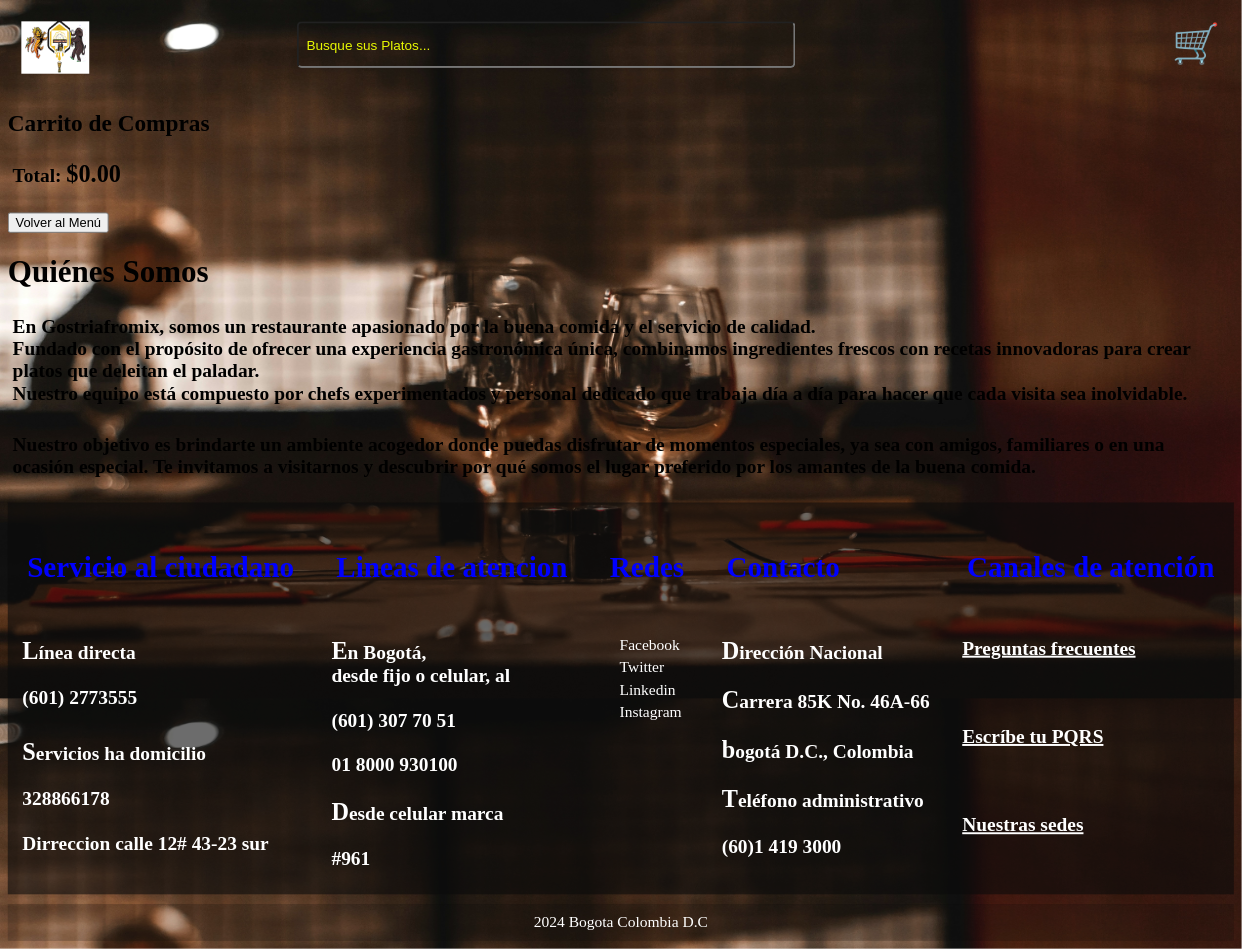
Repository: ye909/app_restaurante
Page: index.html
These files come from the project's save history. The page is drawn as it stood at one moment and after a run of saves; the edit follows.
The browser window is 1280 px wide. The pictures show the whole page, at 97% of full size.
Backgrounds fixed to the window are drawn as part of the page.

Above is the page before, as saved 2025-01-11 18:47:29.
Console error: TypeError: Cannot read properties of null (reading 'addEventListener')

### index.html
<!-- <!DOCTYPE html>

<html lang="en">
<head>
  <meta charset="UTF-8">
  <meta name="viewport" content="width=device-width, initial-scale=1.0">
  <title>Restaurante</title>
  <link rel="stylesheet" href="./css/style.css">
  <link rel="stylesheet" href="./css/heder.css">
  <link rel="stylesheet" href="./css/opcion_menu.css">
  <link rel="stylesheet" href="./css/modal_card.css">
</head>
<body>




  <h1 class="bienvenida" id="bienvenida">BIENVENIDOS/A</h1>
  <nav>
    <ul>
      <li id="menu-btn"> Menu</li>
      <li></li>
      </li>
      <li><a href="./public/templeis/domicilio.html" target="_blank">Domicilio</a></li>
      <li><a href="./public/templeis/reserva.html" target="_blank">Reserva</a></li>
      <li><a href="#contacto">Contacto</a></li>
      <li><a href="./public/templeis/login.html" target="_blank">Inicio</a></li>
      <li><a href="#somos">Quiénes Somos</a></li>
      <li><a href="./public/templeis/registro.html" target="_blank">Registro</a> </li>
    </ul>
  </nav>

  <main id="menu-view" class="menu-view">
    <div class="filter-buttons">
      <button class="filter" data-region="Todos">Todos</button>
      <button class="filter" data-region="Latinoamérica">Latinoamérica</button>
      <button class="filter" data-region="Centroamérica">Centroamérica</button>
      <button class="filter" data-region="Suramérica">Suramérica</button>
    </div>
    <div id="menu-items" class="menu-items"></div>
    <div><h1>aaas</h1></div>
    <audio id="clickSound" src="./public/audio/mouse_btn3.mp3"></audio>
  </main>






</body>
</html> -->
<!DOCTYPE html>
<html lang="en">
<head>
  <meta charset="UTF-8">
  <meta name="viewport" content="width=device-width, initial-scale=1.0">
  <title>Document</title>
  <link rel="stylesheet" href="/css/menu_principal.css">
  <link rel="stylesheet" href="/css/footer.css">
  <link rel="stylesheet" href="/css/heder.css">
</head>
<body>
  <header>
    <div class="container_header_card">
      <div class="imagen"><img src="/public/imagen/login.gif" alt=""></div>

      <input type="text" id="buscar" class="buscar" placeholder="Busque sus Platos...">
      <ul id="productList" class="productList"></ul>

      <div id="cart-btn" class="shopping">🛒</div>

  </header>




  <main id="cart-view"  class="cart-view">
    <h2>Carrito de Compras</h2>

    <div id="cart-items" class="cart-items"></div>
    <div class="cart-total">
      <p>Total: <span id="cart-total">$0.00</span></p>
      <button id="back-to-menu">Volver al Menú</button>
    </div>
  </main>


  <div class="container quienes-somos" id="somos">
    <h1>Quiénes Somos</h1>
    <p>En <strong>Gostriafromix</strong>, somos un restaurante apasionado por la buena comida y el servicio de calidad.
      <br>
      Fundado con el propósito de ofrecer una experiencia gastronómica única, combinamos ingredientes frescos con
      recetas innovadoras para crear platos que deleitan el paladar. <br>
      Nuestro equipo está compuesto por chefs experimentados y personal dedicado que trabaja día a día para hacer que
      cada visita sea inolvidable.
    </p>
    <p>Nuestro objetivo es brindarte un ambiente acogedor donde puedas disfrutar de momentos especiales, ya sea con
      amigos, familiares o en una ocasión especial. Te invitamos a
      visitarnos y descubrir por qué somos el lugar preferido por los amantes de la buena comida.</p>
  </div>

  <footer>
    <div class="conataine_footer">
      <div>
        <h4>Servicio al ciudadano</h4>
        <p><span>L</span>ínea directa <br> <br> (601) 2773555</p>
        <p id="domicilio"><span>S</span>ervicios ha domicilio<br> <br>328866178 <br><br>Dirreccion calle 12# 43-23 sur
        </p>

      </div>

      <div>
        <h4>Lineas de atencion</h4>
        <p><span>E</span>n Bogotá, <br> desde fijo o celular, al <br><br>
          (601) 307 70 51 <br><br>
          01 8000 930100 <br><br>
          <span>D</span>esde celular marca <br><br>
          #961
        </p>
      </div>
      <div>
        <h4>Redes</h4>
        <div><a href=""><i class="fa-brands fa-facebook"> </i></a> Facebook</div>
        <div><a href=""><i class="fa-brands fa-twitter"></i></a>Twitter</div>
        <div><a href=""><i class="fa-brands fa-linkedin"></i> </a>Linkedin</div>
        <div><a href=""><i class="fa-brands fa-instagram"></i></a> Instagram</div>
      </div>
      <div>
        <h4 id="contacto">Contacto</h4>
        <p><span>D</span>irección Nacional<br><br>
          <span>C</span>arrera 85K No. 46A-66<br><br>
          <span>b</span>ogotá D.C., Colombia<br><br>
          <span>T</span>eléfono administrativo<br><br>
          (60)1 419 3000
        </p>
      </div>

      <div>
        <h4> Canales de atención</h4>
        <p><a href="#">Preguntas frecuentes</p></a><br>
        <p><a href="#">Escríbe tu PQRS</p></a><br>
        <p><a href="#">Nuestras sedes</p></a>
      </div>
    </div>
  </footer>
  <div class="container_final">2024 Bogota Colombia D.C</div>


  <script src="./js/script.js"></script>
  <script src="./js/productos.js"></script>
  <script src="./js/dinamico.js"></script>
</body>
</html>

### css/menu_principal.css
:scope{
    padding: 0%;
    margin: 0%;
    overflow: scroll;
}

html {
    scroll-behavior: smooth;
    background-image: url(../public/imagen/janos.jpg);
    background-repeat: no-repeat;
    background-size: cover;
    background-attachment: fixed;
    background-size: 100% 100%;
    height: auto;
  }

### css/footer.css
.conataine_footer {
  display: flex;
  justify-content: space-between;
  flex-direction: row;
  flex-wrap: wrap;
  margin: 10px;
}
p {
  padding: 5px;
  font-size: 20px;
  font-weight: bold;
}
span {
  font-size: 25px;
}

:is(.container_final) {
  display: flex;
  justify-content: center;
  align-items: center;
}

h4 {
  color: blue;
  font-size: 30px;
}
:is(.container_final, h4, i) {
  padding: 10px;
}
.container_final {
  background: rgba(12, 12, 12, 0.2);
  color: white;
}
.fa-facebook {
  color: rgb(5, 5, 253);
}
.fa-twitter {
  color: rgb(8, 123, 245);
}
.fa-linkedin {
  color: rgb(71, 71, 155);
}
.fa-instagram {
  color: rgb(243, 17, 17);
}
a {
  cursor: pointer;
}
footer a {
  font-size: 20px;
  color: white;
}
footer {
  background: rgba(10, 10, 10, 0.6);
  color: white;
}

### css/heder.css
.container_header_card{
    display: flex;
    justify-content: space-between;
    justify-items: center;
    flex-direction: row;
    flex-wrap: wrap;
    padding: 14px;
    }

 .productList {
     list-style-type: none;
     padding: 0;
 }

 .productList li {
     padding: 10px;
     border-bottom: 1px solid #ccc;
 }

 .productList li:last-child {
     border-bottom: none;
 }

  .container_header_card img{
    width: 70px;
}
  .shopping{
    font-size: 40px;
cursor: pointer;
}
.buscar::placeholder{
    color:rgb(232, 248, 3);
    font-size: 14px;
}

.buscar {
    width: 40%;
    height: 3.9vh;
    background:transparent;
    color:white;
    font-size: 18px;
    border-radius: 5px;
    margin-left: 20px;
}
:is(.bienvenida,
 .buscar){
     padding: 8px;
 }
 .bienvenida{
    background-image:linear-gradient(to left, rgb(4, 151, 4), rgb(248, 244, 7),  red,rgb(14, 14, 240));
    -webkit-text-fill-color:transparent;
    -webkit-background-clip: text;
    background-clip: text;
    text-align: center;


}

### js/script.js

  let cart = [];
  let selectedRegion = "Todos";

  const menuView = document.getElementById("menu-view");
  const cartView = document.getElementById("cart-view");
  const menuItemsContainer = document.getElementById("menu-items");
  const cartItemsContainer = document.getElementById("cart-items");
  const cartTotal = document.getElementById("cart-total");

  document.querySelectorAll(".filter").forEach(button => {
    button.addEventListener("click", () => {
      selectedRegion = button.getAttribute("data-region");
      renderMenu();
    });
  });

  document.getElementById("menu-btn").addEventListener("click", () => {
    menuView.style.display = "block";
    cartView.style.display = "none";
  });

  document.getElementById("cart-btn").addEventListener("click", () => {
    menuView.style.display = "none";
    cartView.style.display = "block";
    renderCart();
  });

  document.getElementById("back-to-menu").addEventListener("click", () => {
    menuView.style.display = "block";
    cartView.style.display = "none";
  });

  function renderMenu() {
    menuItemsContainer.innerHTML = "";
    const filteredItems = selectedRegion === "Todos" ? menuItems : menuItems.filter(item => item.region === selectedRegion);
    filteredItems.forEach(item => {
      const card = document.createElement("div");
      card.className = "card";
      card.innerHTML = `
        <img src="${item.image}" alt="${item.name}">
        <h3>${item.name}</h3>
        <p>${item.description}</p>
        <p><strong>$${item.price.toFixed(2)}</strong></p>
        <button onclick="addToCart(${item.id})">Agregar</button>
      `;
      menuItemsContainer.appendChild(card);
    });
  }

  function renderCart() {
    cartItemsContainer.innerHTML = "";
    cart.forEach(item => {
      const cartItem = document.createElement("div");
      cartItem.className = "card";
      cartItem.innerHTML = `
        <h3>${item.name}</h3>
        <p>Cantidad: ${item.quantity}</p>
        <p><strong>$${(item.price * item.quantity).toFixed(2)}</strong></p>
      `;
      cartItemsContainer.appendChild(cartItem);
    });
    const total = cart.reduce((sum, item) => sum + item.price * item.quantity, 0);
    cartTotal.textContent = `$${total.toFixed(2)}`;
  }

  function addToCart(id) {
    const item = menuItems.find(item => item.id === id);
    const cartItem = cart.find(item => item.id === id);
    if (cartItem) {
      cartItem.quantity++;
    } else {
      cart.push({ ...item, quantity: 1 });
    }
  }

  renderMenu();

### js/productos.js
const menuItems = [
  { id: 1, name: "Tacos al Pastor", description: "Delicious tacos", price: 12.99, image: "https://via.placeholder.com/150", region: "Latinoamérica" },
  { id: 2, name: "Pupusas", description: "Thick griddle cakes", price: 9.99, image: "https://via.placeholder.com/150", region: "Centroamérica" },
  { id: 3, name: "Ceviche", description: "Fresh seafood", price: 15.99, image: "https://via.placeholder.com/150", region: "Suramérica" },
];


// const menuItems = [

//     {
//       id:1,
//       nombre: "Bebida caliente",
//       img: "./public/imagen/bebidas_calientes1.PNG",
//       precio: 20000,
//       descripcion1: "hecho en los mejores lugares de paris",
//       cantidad: 1,
//     },

//     {
//       id:4,
//     precio:10000,
//     nombre:"carne",
//     img:"./public/imagen/mexica1.jpg",
//       descripcion:"Los tacos son uno de los mida "
//     , descripcion1:"tanos"
//     },
//     {
//       id:5,
//       precio:100,
//       nombre:"Sancocho",
//       img:"./public/imagen/sancocho.webp",
//         descripcion:"ya no kkkkk",
//          descripcion1:"plato de casula"
//     },
//     {
//       id:6,
//       precio:30000,
//     nombre:"Lechona",
//     img:"./public/imagen/mexica2.jpg",
//       descripcion:"La lechona es un plato típico de la "
//      ,descripcion1:"plátanos rellenos"
//     },
//     {
//       id:7,
//     precio:90000,
//     nombre:"Postre",
//     img:"./public/imagen/postre2.PNG",
//       descripcion:"ya nhhjshhshao ",
//        descripcion1:"Sabor y dulsura en el plato"
//     },
//     {
//       id:8,
//     precio:10000,
//     nombre:"Coltel",
//     img:"./public/imagen/coltel.webp",
//       descripcion:"Los tacos son uno de comida "
//     , descripcion1:"tanos"
//     },

//     {
//       id:10,
//       precio:30000,
//     nombre:"Cerveza",
//     img:"./public/imagen/cervezas.webp",
//       descripcion:"La lechona es un conoce como "
//      ,descripcion1:"plátanos rellenos"
//     },
//     {
//       id:9,
//       precio:100,
//       nombre:"plátanos rellenos",
//       img:"./public/imagen/platano.PNG",
//         descripcion:"ya no kkkkk",
//          descripcion1:"Rellenos de bocadillo y queso"
//     },
//     {
//       id:10,
//       precio:30000,
//     nombre:"Jugos",
//     img:"./public/imagen/JUGOS_NATURALES.jpg",
//       descripcion:"La lechona es unente se conoce como "
//      ,descripcion1:"plátanos rellenos"
//     },
//     {
//       id:11,
//     precio:90000,
//     nombre:"Arrozanas",
//     img:"./public/imagen/mexico6.jpg",
//       descripcion:"ya nhhjshhshao ",
//        descripcion1:"plátanos rellenos"
//     },
//     {
//     id:11,
//     precio:90000,
//     nombre:"Licor",
//     img:"./public/imagen/licores.webp",
//       descripcion:"ya nhhjshhshao ",
//        descripcion1:"plátanos rellenos"
//     }
//     //    contenido:"ya no"
//   ];

### js/dinamico.js

 const menuview = document.getElementById("menu-view")
const menu_principal=document.getElementById("menu_principal").addEventListener("click",ver_menu)

function ver_menu() {
  menuview.style.display="inline"
}
// texto de bienvenida

setTimeout(()=>{
    const bienvenida = document.getElementById("bienvenida").remove()
    bienvenida.style.transition=" background-color 0.3s ease, transform 0.7s ease; "
},3000)


// audio de los botones
const playSound = function () {
    var audio = document.getElementById("clickSound");
    audio.play();
  }



// // Ejemplo de notificación (opcional)
// document.getElementById('btnboton_agregar').addEventListener('click', () => {
//     if (Notification.permission === 'granted') {
//         new Notification('¡Hola desde tu PWA!');
//     } else if (Notification.permission !== 'denied') {
//         Notification.requestPermission().then((permission) => {
//             if (permission === 'granted') {
//                 new Notification('¡Hola desde tu PWA!');
//             }
//         });
//     }
// });

After the next 2 saves:
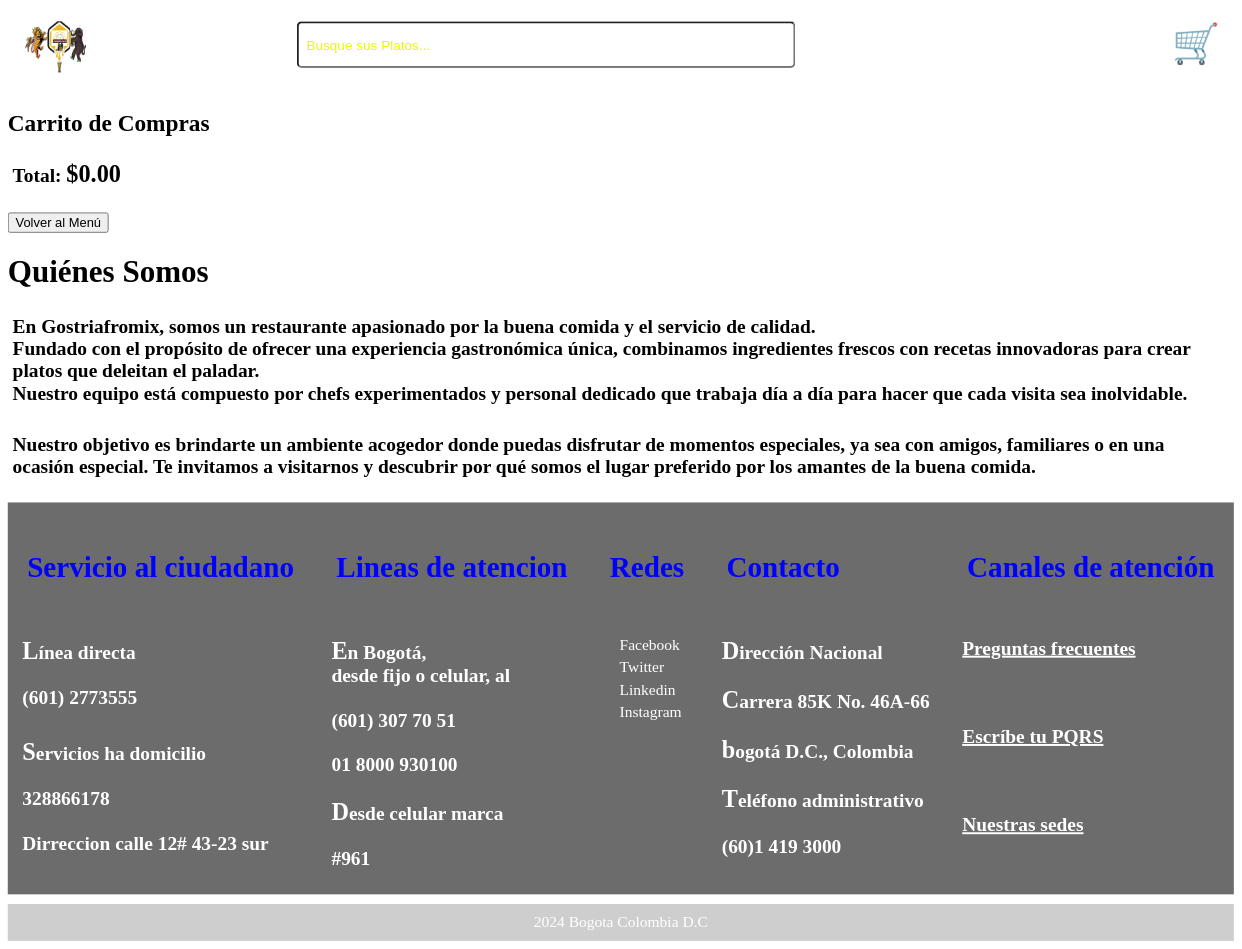
The 2 saves are shown as one change because they came seconds apart.
The last was saved 39 s later.
--- a/css/menu_principal.css
+++ b/css/menu_principal.css
@@ -4,12 +4,12 @@
     overflow: scroll;
 }
 
-html {
+/* html {
     scroll-behavior: smooth;
-    background-image: url(../public/imagen/janos.jpg);
+    background-image: url(/pulic/imagen/janos.jpg);
     background-repeat: no-repeat;
     background-size: cover;
     background-attachment: fixed;
     background-size: 100% 100%;
     height: auto;
-  }
+  } */
